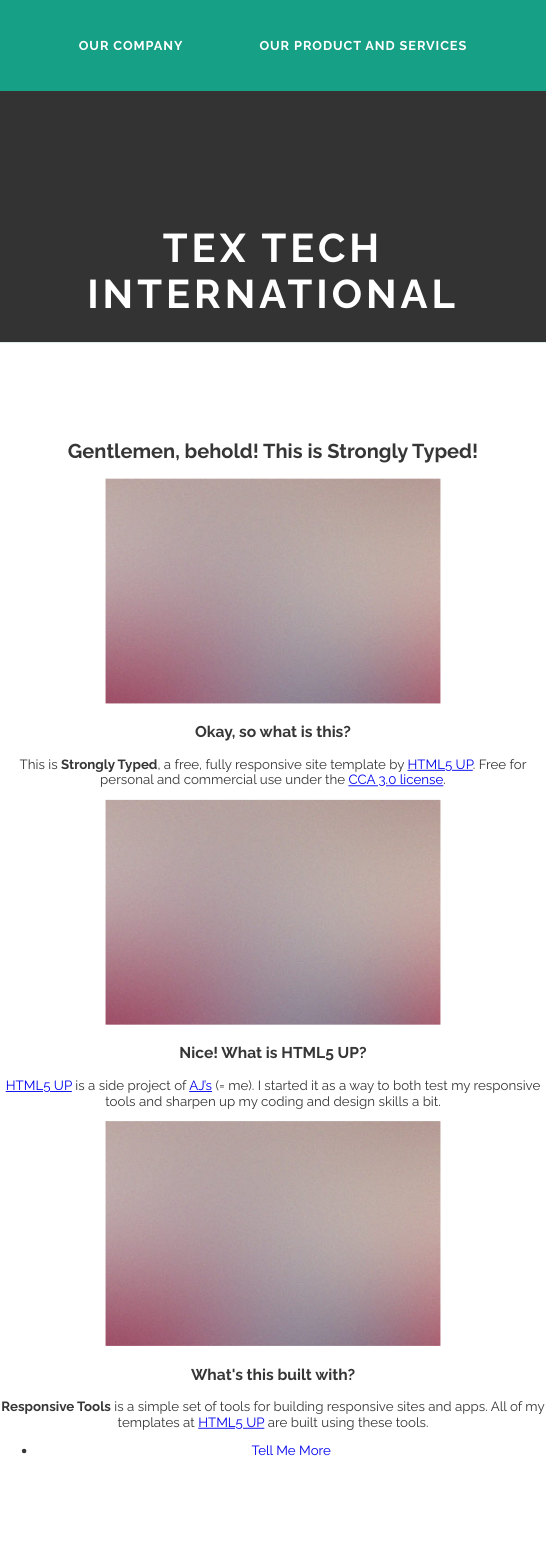
Repository: asifdotpy/demo_webpage
Page: contact_us.html
These files come from the project's save history. The page is drawn as it stood at one moment and after the next save; the edit follows.
The browser window is 600 px wide. The pictures show the whole page, at 91% of full size.

Above is the page before, as saved 2021-01-26 00:33:27.

After the next save:
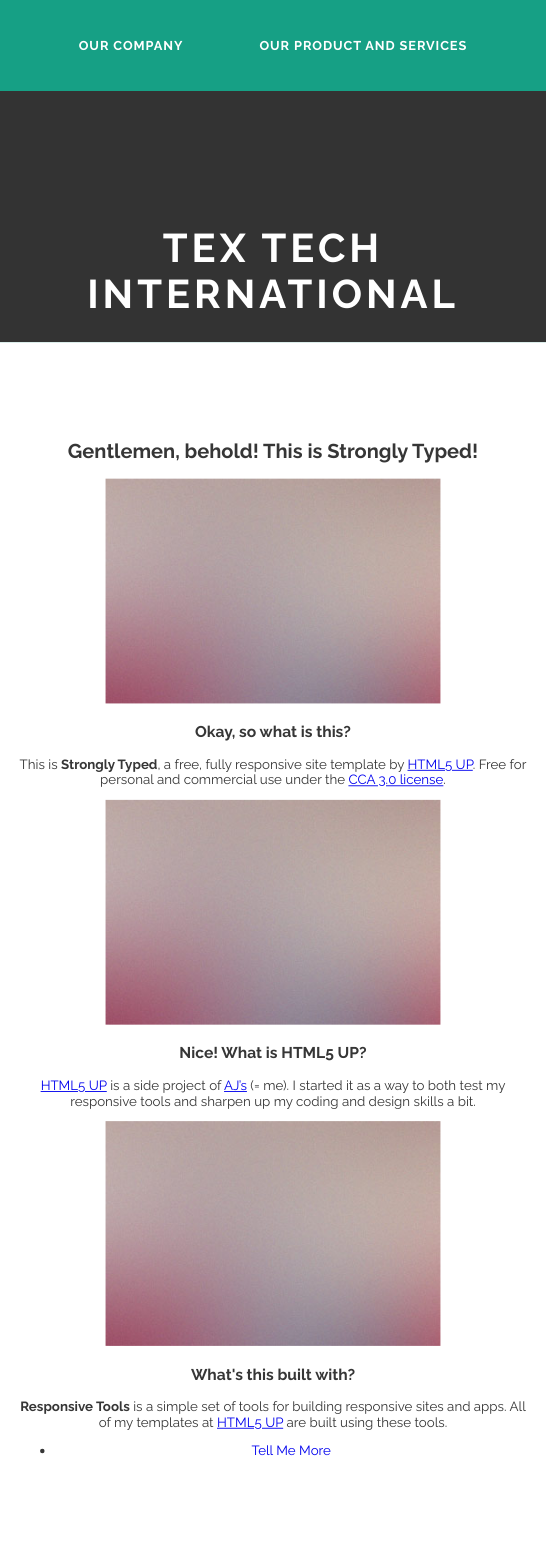
Saved 12 s later.
--- a/css/contact_us.css
+++ b/css/contact_us.css
@@ -128,3 +128,43 @@
 #page-wrapper > section {
     margin-bottom: 0;
 }
+
+/* Container */
+
+.container {
+	margin: 0 auto;
+	max-width: 100%;
+	width: 70em;
+}
+
+	@media screen and (max-width: 1680px) {
+
+		.container {
+			width: 68em;
+		}
+
+	}
+
+	@media screen and (max-width: 1280px) {
+
+		.container {
+			width: calc(100% - 80px);
+		}
+
+	}
+
+	@media screen and (max-width: 980px) {
+
+		.container {
+			width: calc(100% - 100px);
+		}
+
+	}
+
+	@media screen and (max-width: 736px) {
+
+		.container {
+			width: calc(100% - 40px);
+		}
+
+	}
